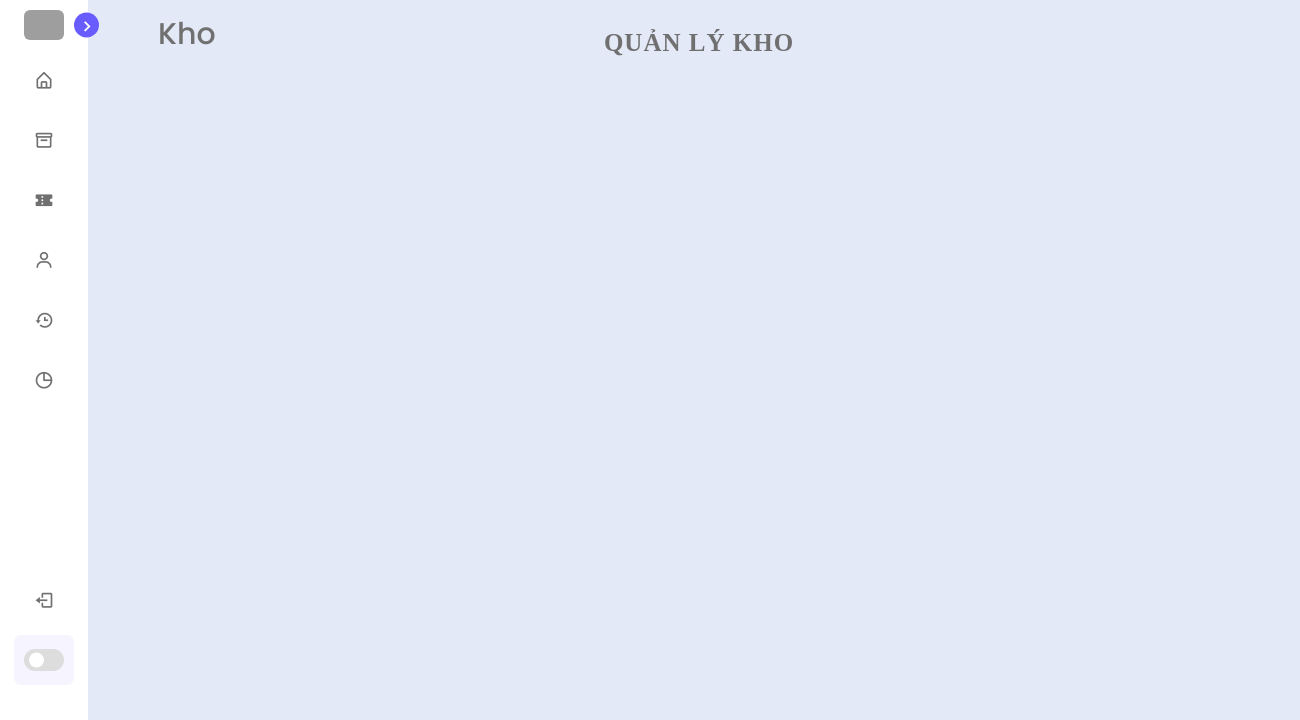
Repository: JeffDaveHudson/CapstoneProject
Page: http://localhost/CapstoneProject/revenue
The author's editor kept a copy of each file at every save. The page is drawn from the files as they stood at one save, then again after the next save.
The browser window is 1280 px wide. The page is 1300 px wide, so the pictures cover 1300 px, including what lies to the right of the window. The pictures show the whole page.
Pictures or frames that could not be fetched are drawn as grey boxes. The page is served by Tomcat 9. Queries for data that is not in the repository find no rows.

Above is the page before, as saved 2023-06-12 10:55:18.

After the next save:
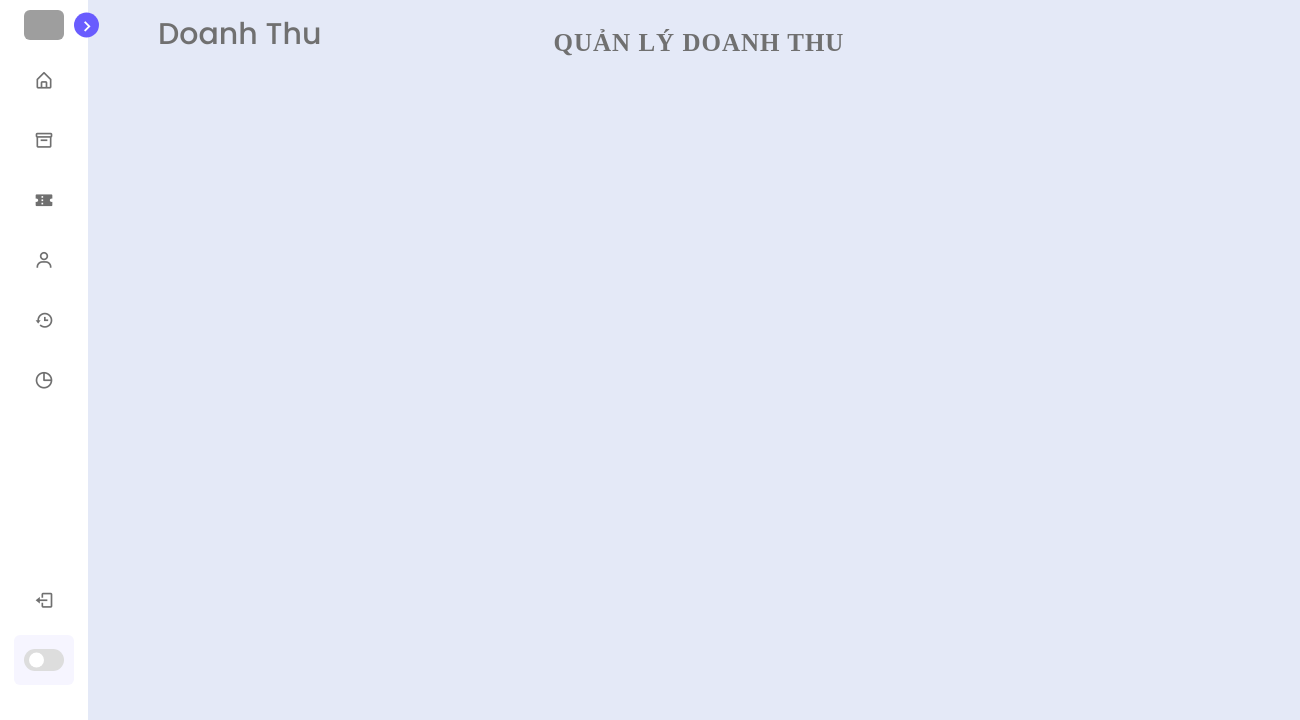
Saved 34 min 40 s later.
--- a/CapstoneProject/src/main/webapp/admin/Revenue.jsp
+++ b/CapstoneProject/src/main/webapp/admin/Revenue.jsp
@@ -20,25 +20,15 @@
 }
 
 </style>
-<script type="text/javascript">
-	function confirm_decision(user_id) {
-		if (confirm("you want to delete the user?")) // this will pop up confirmation box and if yes is clicked it call servlet else return to page
-		{
-			window.location = "productdelete?id=" + user_id;
-		} else {
-			return false;
-		}
-		return true;
-	}
-</script>
+
 
 </head>
 <body>
 <jsp:include page="navbar.jsp" />
 
     <section class="home">
-        		<div class="text">Kho</div>
-        <h2 class = "banner "  style="margin-top: -70px">Quản Lý Kho</h2>
+        		<div class="text">Doanh Thu</div>
+        <h2 class = "banner "  style="margin-top: -70px">Quản Lý Doanh Thu</h2>
         <div class = "banner">
 					</div>
 
